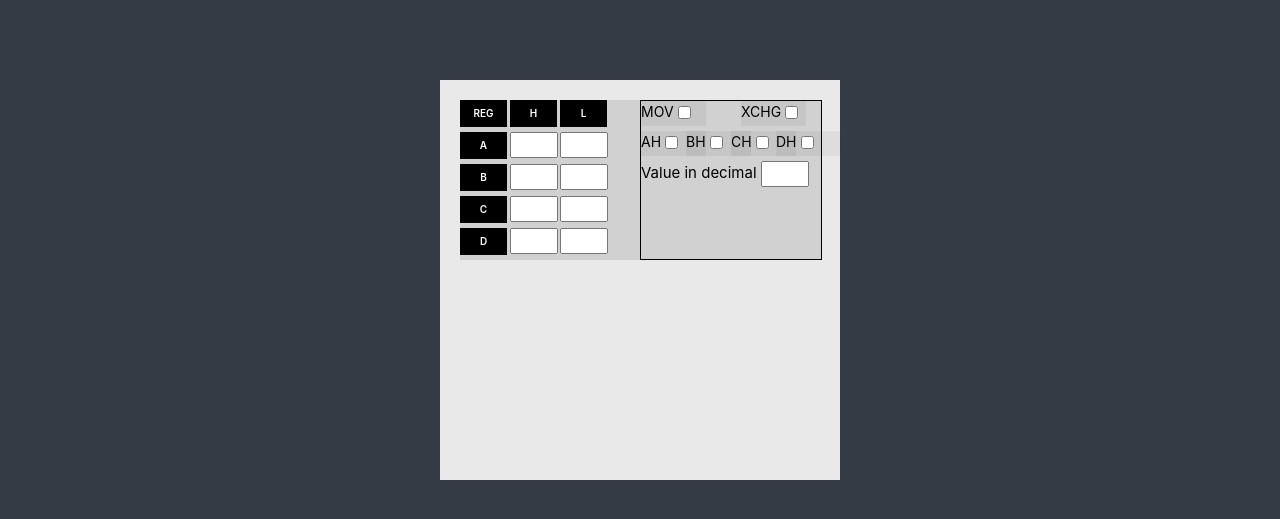
Repository: piookr-wsei/8086
Page: /
The author's editor kept a copy of each file at every save. The page is drawn from the files as they stood at one save, then again after the next save.
The browser window is 1280 px wide. The pictures show the whole page.
The project was rebuilt for these pictures with package versions that can differ from the ones it lists, and the page was loaded fresh each time.

Above is the page before, as saved 2022-06-18 21:31:48.

### src/App.js
import React from 'react';
import { useState } from 'react';
import './App.css';
import { RegDesc, RegInput, RegWrapper, UiWindow, UiWrapper, SettingsWrapper, Labels, CheckWrapper, OpBox, LineWrap, NumDesc, RegChWrapper } from './Components/Components.elements';


function App() {

  const xchg="xchg";
  const mov="mov"

  const [movChecked, setMovChecked] = useState(false);

  const [xchgChecked, setXchgChecked] = useState(false);

  const [opChosen,setOpChosen] = useState(null)

  function HandleCheck(name){
    if(name=="mov"){
      setMovChecked(!movChecked)
      setXchgChecked(false)
    }
    else if(name=="xchg"){
      setXchgChecked(!xchgChecked)
      setMovChecked(false)

    }
    setOpChosen(name)
  }

function OpChange(){
  return(
    <>
    <Labels>
      <CheckWrapper>
        MOV
        <OpBox type="checkbox"  checked={movChecked} onClick={() => HandleCheck(mov)} id="MOV"/>
      </CheckWrapper>
      <CheckWrapper style={{position:"relative", left:"20px"}}>
        XCHG
        <OpBox type="checkbox" checked={xchgChecked} onChange={() => HandleCheck(xchg)} id="XCHG" name="XCHG"/>
      </CheckWrapper>
    </Labels>
    </>
    )
  }







  return (
    <div className="App">
      <UiWindow>
        <UiWrapper>
          <RegWrapper>
            <RegDesc textContent={"REG"}/>  <RegDesc textContent={"H"}/>  <RegDesc textContent={"L"}/>

            <RegDesc textContent={"A"}/>  <RegInput maxLength={2}/> <RegInput maxLength={2}/>
            <RegDesc textContent={"B"}/>  <RegInput maxLength={2}/> <RegInput maxLength={2}/>
            <RegDesc textContent={"C"} />  <RegInput maxLength={2}/> <RegInput maxLength={2}/>
            <RegDesc textContent={"D"}/>  <RegInput maxLength={2}/> <RegInput maxLength={2}/>
          </RegWrapper>

          <SettingsWrapper>

              <OpChange/>

              <RegChWrapper>
                <CheckWrapper>
                  AH<OpBox type="checkbox"/>
                </CheckWrapper>
                <CheckWrapper>
                  BH<OpBox type="checkbox"/>
                </CheckWrapper>
                <CheckWrapper>
                  CH<OpBox type="checkbox"/>
                </CheckWrapper>
                <CheckWrapper>
                  DH<OpBox type="checkbox"/>
                </CheckWrapper>
              </RegChWrapper>

              <LineWrap>
              <NumDesc textContent={"Value in decimal"}/>  <RegInput maxLength={3} style={{width:"40px"}}/>
              </LineWrap>
          </SettingsWrapper>



        </UiWrapper>
      </UiWindow>

    </div>
  );
}

export default App;

### src/App.css
body{
  height: 100%;
  background: rgba(1, 10, 22, 0.8);
}
.App {

}

.App-logo {
  height: 40vmin;
  pointer-events: none;
}

@media (prefers-reduced-motion: no-preference) {
  .App-logo {
    animation: App-logo-spin infinite 20s linear;
  }
}

.App-header {
  background-color: #282c34;
  min-height: 100vh;
  display: flex;
  flex-direction: column;
  align-items: center;
  justify-content: center;
  font-size: calc(10px + 2vmin);
  color: white;
}

.App-link {
  color: #61dafb;
}

@keyframes App-logo-spin {
  from {
    transform: rotate(0deg);
  }
  to {
    transform: rotate(360deg);
  }
}

### src/Components/Components.elements.js
import styled from "styled-components";

export const UiWindow = styled.div`
    height: 400px;
    width: 400px;
    background: rgb(233,233,233);
    position: relative;
    margin: auto;
    top: 80px;
`

export const UiWrapper = styled.div`
    border: 20px solid transparent;
    display: grid;
    grid-template-columns: 1fr 1fr;
`

export const RegWrapper = styled.div`
    width: 180px;
    background: rgba(0,0,0,0.1);
    position: relative;
    left: 0;
    display: grid;
    grid-template-columns: 50px 50px 50px;
`

export const RegInput = styled.input`
    height: 20px;
    width: 40px;
    margin-bottom:5px;
    text-align: center;
`

export const SettingsWrapper = styled.div`
    width: 180px;
    background: rgba(0,0,0,0.1);
    position: relative;
    right: 0;
    display: grid;
    grid-template-columns: 180px;
    border: solid 1px black;
    font-size: 14px;
    line-height: 22px;
    grid-template-rows: repeat(auto-fit,30px);

`

export const RegDescSC = styled.div`
    height: 27px;
    width: 47px;
    background: black;
    margin-bottom:5px;
    color: white;
    font-weight: 600;
`

export const DescText = styled.p`
    font-size: 10px;
    text-align: center;
    position: relative;
    top: -3px;
`

export function RegDesc(props){
    return(
        <RegDescSC>
            <DescText>{props.textContent}</DescText>
        </RegDescSC>
    )
}

export const Labels = styled.div`
    display: grid;
    grid-template-columns: 80px 80px;
`

export const CheckWrapper = styled.div`
    background: rgba(0,0,0,0.05);
    width: 65px;
    height: 25px;
`

export const OpBox = styled.input`
    vertical-align: "middle";
    position: relative;
    top: 2px;
`

export const LineWrap = styled.div`
    width: 180px;
    display: flex;
    align-items: center;
`

export const NumSC = styled.div`
    width: 120px;
    text-align: left !important;
`

export function NumDesc(props){
    return(
        <NumSC>
            <DescText style={{textAlign: "left", fontSize:"15px"}}>{props.textContent}</DescText>
        </NumSC>
    )
}

export const RegChWrapper = styled.div`
width: 180px;
display: grid;
grid-template-columns: 45px 45px 45px 45px ;
`

Loaded but not shown: public/index.html (common file); src/index.js (common file); src/index.css (common file); src/reportWebVitals.js (common file)

After the next save:
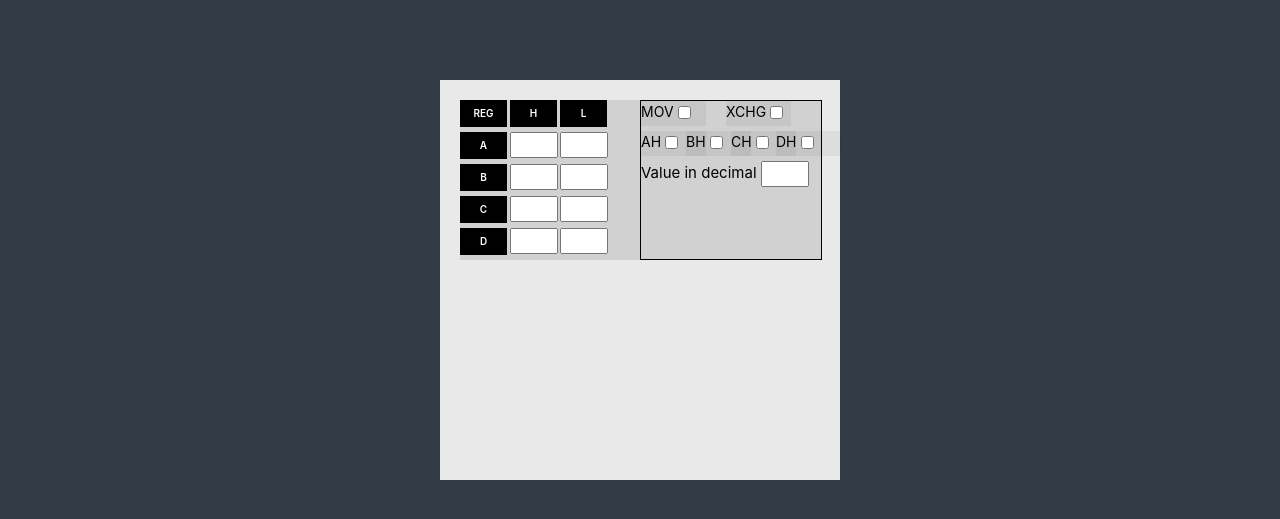
Saved 5 s later.
--- a/src/App.js
+++ b/src/App.js
@@ -36,7 +36,7 @@ function OpChange(){
         MOV
         <OpBox type="checkbox"  checked={movChecked} onClick={() => HandleCheck(mov)} id="MOV"/>
       </CheckWrapper>
-      <CheckWrapper style={{position:"relative", left:"20px"}}>
+      <CheckWrapper style={{position:"relative", left:"5px"}}>
         XCHG
         <OpBox type="checkbox" checked={xchgChecked} onChange={() => HandleCheck(xchg)} id="XCHG" name="XCHG"/>
       </CheckWrapper>
